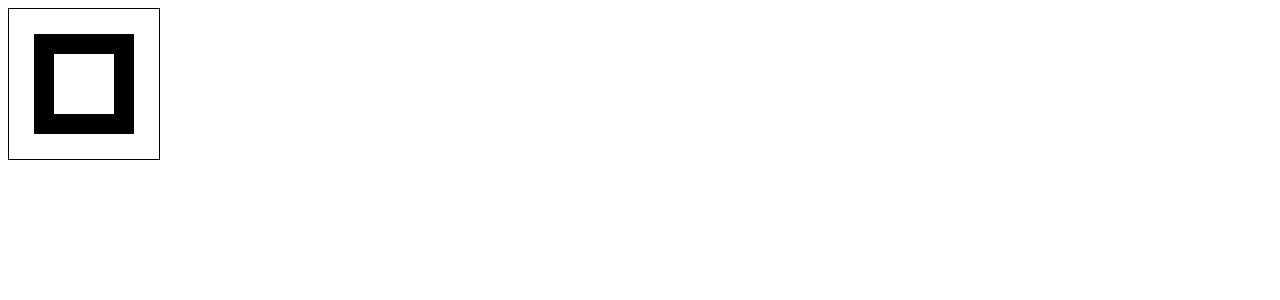
Repository: SeungYn/Javascript-study-toy
Page: canvas-tutorial/index.html
The author's editor kept a copy of each file at every save. The page is drawn from the files as they stood at one save, then again after the next save.
The browser window is 1280 px wide. The pictures show the whole page.

Above is the page before, as saved 2023-03-14 11:21:21.

After the next save:
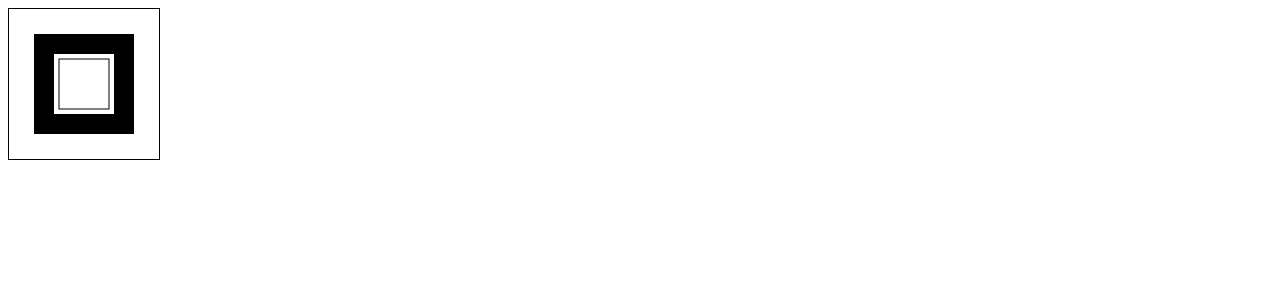
Saved 58 s later.
--- a/canvas-tutorial/index.html
+++ b/canvas-tutorial/index.html
@@ -21,5 +21,6 @@
 
     ctx.fillRect(25, 25, 100, 100);
     ctx.clearRect(45, 45, 60, 60);
+    ctx.strokeRect(50, 50, 50, 50);
   </script>
 </html>
